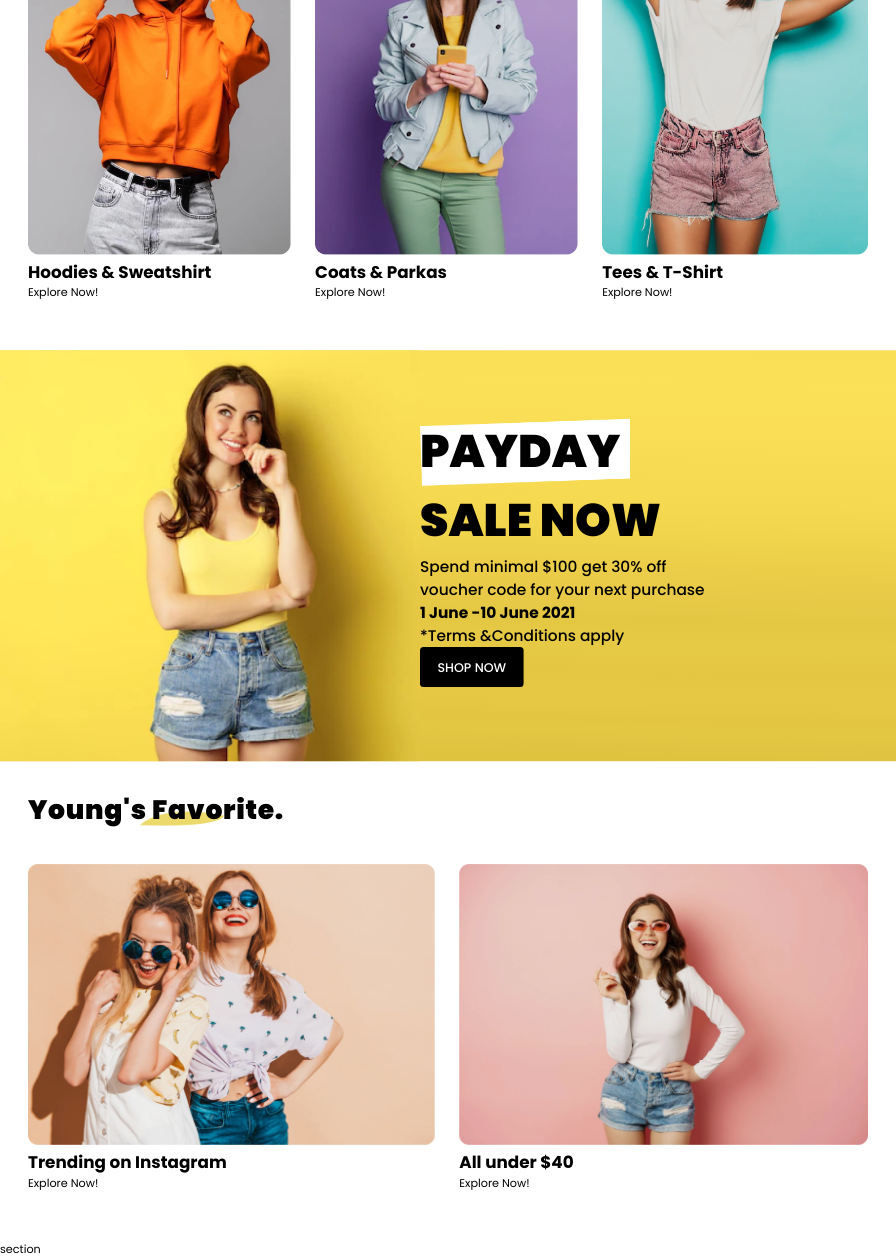
Repository: isaacCodes1/FashionSite
Page: index.html
An editor plug-in stored every save of this project. The page is shown before and after a run of saves, followed by the edit.
The browser window is 1280 px wide. The pictures show the part of the page from y = 1188 to 3108 px (the page is 2986 px tall before and 3108 px after), at 70% of full size.

Above is the page before, as saved 2024-03-13 09:32:48.

After the next 3 saves:
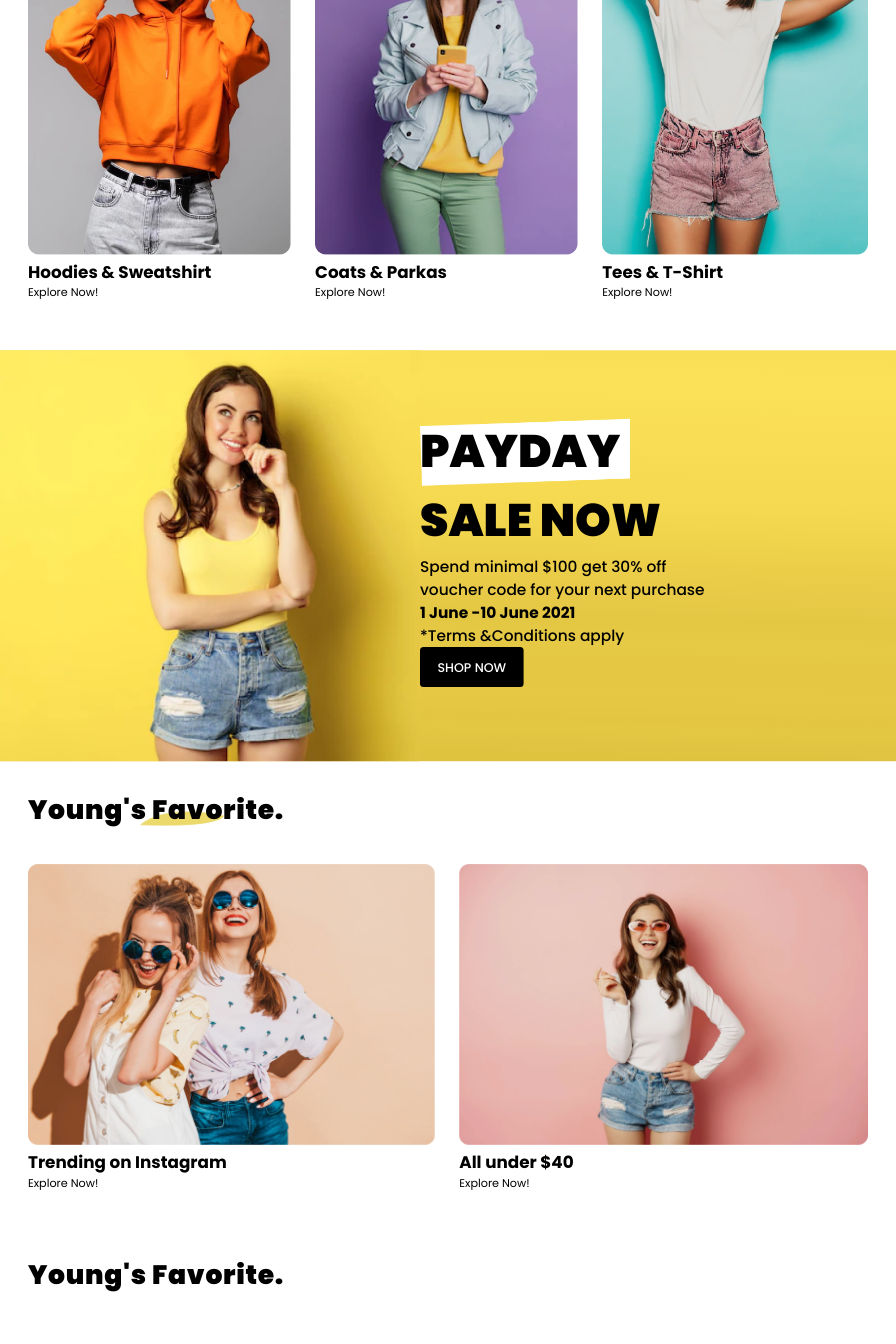
The 3 saves are shown as one change because they came seconds apart.
The last was saved 35 s later.
--- a/index.html
+++ b/index.html
@@ -151,7 +151,10 @@
           </div>
         </div>
       </section>
-      section
+      <section class="nextPageCont">
+        <div class="nextPageText">
+          <h1>Young's Favorite.</h1>
+
     </main>
   </body>
 </html>
